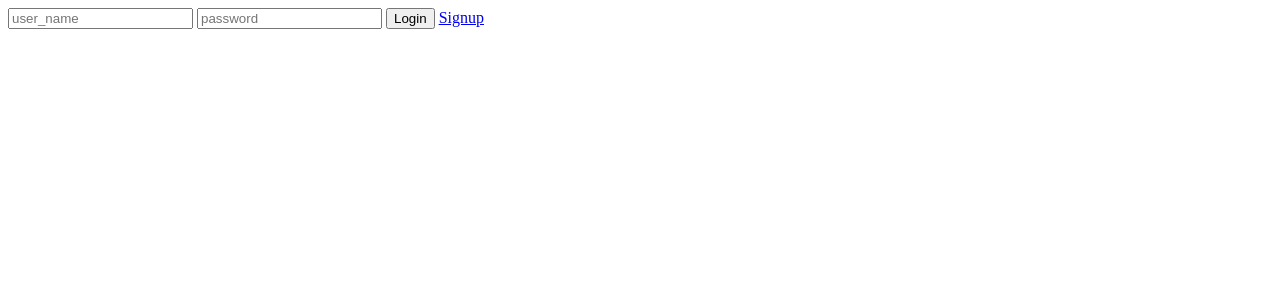
Repository: prathyushaa5/artgallery
Page: http://localhost/index/login.php
An editor plug-in stored every save of this project. The page is shown before and after the next save, followed by the edit.
The browser window is 1280 px wide. The pictures show the whole page.
The page is run by PHP 8.4 with error messages shown; the project is at /var/www/html/.

Above is the page before, as saved 2023-11-16 11:15:00.

### index/login.php
<?php


?>

<!DOCTYPE html>
<html lang="en">
<head>
    <meta charset="UTF-8">
    <meta name="viewport" content="width=device-width, initial-scale=1.0">
    <title>Document</title>
</head>
<body>
    <div class="box">
    <form method="post">
        <div class="login"></div>
    <input type="text" name=user_name id=user_name placeholder=user_name>
    <input type="password" name=password id=password placeholder=password>
    <input type="submit" value="Login">
    <a href="signup.php">Signup</a>
    </form>
    </div>
</body>
</html>

After the next save:
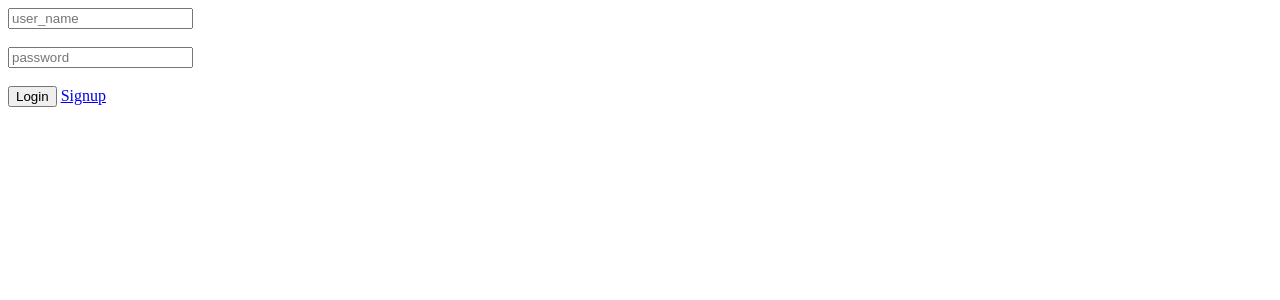
Saved 34 s later.
--- a/index/login.php
+++ b/index/login.php
@@ -14,8 +14,8 @@
     <div class="box">
     <form method="post">
         <div class="login"></div>
-    <input type="text" name=user_name id=user_name placeholder=user_name>
-    <input type="password" name=password id=password placeholder=password>
+    <input type="text" name=user_name id=user_name placeholder=user_name><br><br>
+    <input type="password" name=password id=password placeholder=password><br><br>
     <input type="submit" value="Login">
     <a href="signup.php">Signup</a>
     </form>
